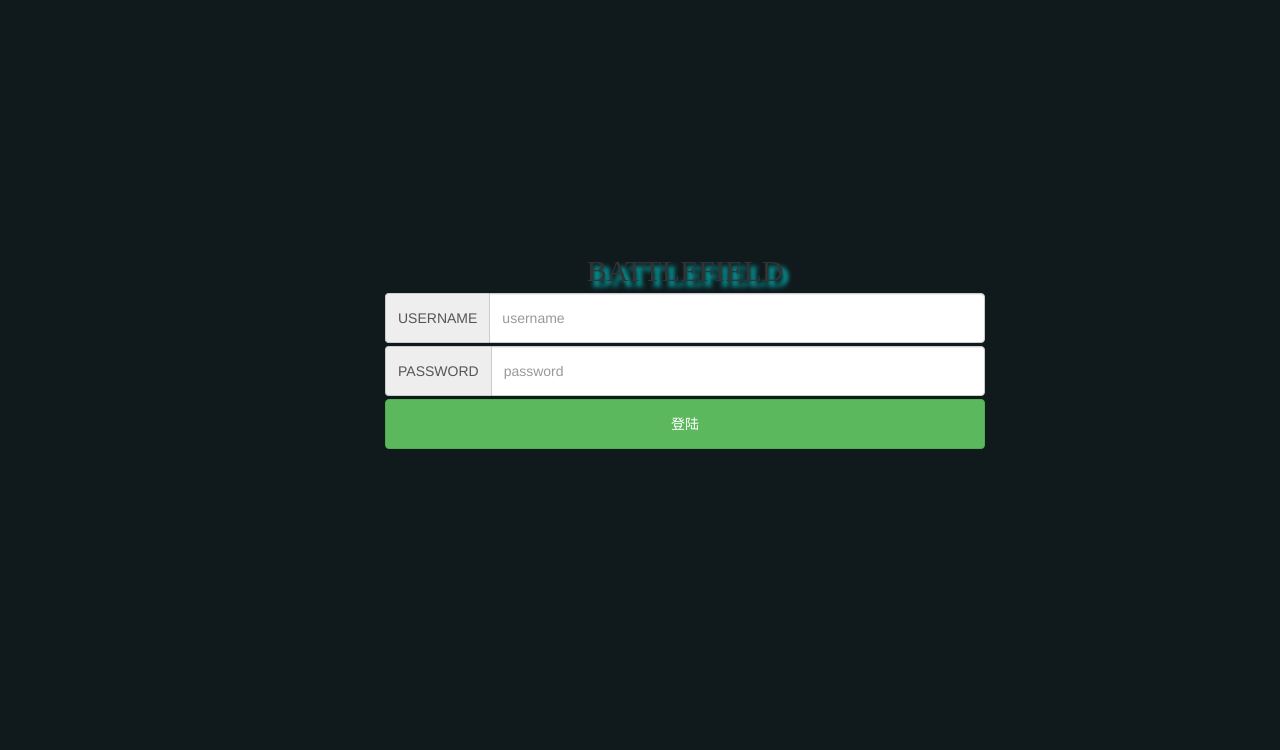
Repository: Tuzijing/Battlefield
Page: http://localhost/static/views/login/login.php
The author's editor kept a copy of each file at every save. The page is drawn from the files as they stood at one save, then again after the next save.
The browser window is 1280 px wide. The pictures show the whole page.
The page is run by PHP 8.4 with error messages shown; the project is at /var/www/html/.

Above is the page before, as saved 2018-07-12 09:39:37.

### BattlefieldWebP/static/views/login/login.php
<!DOCTYPE html>
<html>
	<head>
		<meta charset="UTF-8">
		<title>登陆</title>
		<!--
        	作者：offline
        	时间：2018-07-10
        	描述：引入公共前端配置文件
        -->
		<?php
			include "../common/encoding.php";
			include "../common/main_header.php";
		?>
		<!--
        	作者：offline
        	时间：2018-07-10
        	描述：引入login.js文件
        -->
		<script type="text/javascript" src="../../common/js/login/login.js" ></script>
		<!--
        	作者：offline
        	时间：2018-07-10
        	描述：引入login.css的布局文件
        -->
		<link rel="stylesheet" href="../../common/css/login/login.css" />
	</head>
	<body>
		<div id="login_container">
			<div id="login_title"><span>BATTLEFIELD</span></div>
			<div id="login_content">
				<form class="bs-example bs-example-form" role="form">
					<div id="login_user" class="input-group">
						<span  class="input-group-addon">USERNAME</span>
						<input type="text" class="form-control" placeholder="username"
						maxlength="10"/>
					</div>
					<div id="login_password" class="input-group">
						<span class="input-group-addon">PASSWORD</span>
						<input type="password" class="form-control" placeholder="password"
						maxlength="20"/>
					</div>
					<div id="login_btn_div">
						<button type="button" id="login_btn" class="btn btn-success">登陆</button>
					</div>
<!-- 					<div id="login_msg"> -->
<!-- 						<div id="myAlert" class="alert alert-success"> -->
<!-- 	<a href="#" class="close" data-dismiss="alert">&times;</a> -->
<!-- 	<strong>成功！</strong>结果是成功的。 -->
<!-- </div> -->
<!-- <div id="myAlert" class="alert alert-warning"> -->
<!-- 	<a href="#" class="close" data-dismiss="alert">&times;</a> -->
<!-- 	<strong>警告！</strong>您的网络连接有问题。 -->
<!-- </div> -->
					</div>
				</form>
			</div>
		</div>
	</body>



		<!--
        	作者：offline
        	时间：2018-07-10
        	描述：加载js的操作
        -->
		<script>
			window.onload = setLoginContainer("login_container");
			window.onresize = function(){
					setLoginContainer("login_container");
				}
		</script>
</html>

### BattlefieldWebP/static/views/common/encoding.php
<?php
	header("Content-type:text/html;charset=utf-8");
?>

### BattlefieldWebP/static/views/common/main_header.php
<html>
	<script type="text/javascript" src="../../common/js/jquery-3.1.1.min.js" ></script>
	<script type="text/javascript" src="../../common/js/bootstrap.js" ></script>
	<link rel="stylesheet" href="../../common/css/bootstrap.css"/>
	<script type="text/javascript" src="../../common/js/tools.js"></script>
	<?
		include "encoding.php";
	?>
</html>

### BattlefieldWebP/static/common/js/tools.js

/**
 * 获取浏览器的宽和高
 */
function getBrowserWidthAndHeight(){
	var arr = {width:0,height:0};
	try{
		var width = document.body.clientWidth || window.innerWidth;
		var height = document.body.clientHeight || window.innerHeight;
		arr["width"] = width;
		arr["height"] = height;
	}catch(err){
		console.log("get browser width and height err",err);
	}
	return arr;
}


/**
 * 根据id居中设置
 * lableById:需要居中的标签
 * width:宽度
 * height:高度
 * offsetWidth：宽度偏移量
 * offsetHeigt：高度偏移量
 */
function center(lableById,width,height,offsetWidth,offsetHeigt){
	try{
		var helf_width = width/2-offsetWidth; //总宽度除以2减上宽度偏移量
		var helf_height = height/2-offsetHeigt; //总高度除以2减上高度偏移量
		document.getElementById(lableById).style.marginLeft = helf_width+"px";
		document.getElementById(lableById).style.marginTop = +helf_height+"px";
	}catch(err){
		console.log("set lableNameById:"+(lableNameById === undefined?"undefined":lableNameById)+" centering failure ",err);
	}
}

### BattlefieldWebP/static/common/js/login/login.js
/*
 	存放登陆页面的一些布局
 * */


/**
 * 设置登陆容器居中显示
 */
function setLoginContainer(lableById){
	console.log("执行");
	var arr = getBrowserWidthAndHeight(); //获取浏览器的宽度与高度
	console.log(arr);
	center(lableById,arr["width"],arr["height"],255,30);
}

### BattlefieldWebP/static/common/css/login/login.css
/* div{
	border: 1px solid red;
}
 */
/**
 * 登陆格式容器
 */
#login_container{
	width: 600px;
	height: 500px;
}

/**
 * 登陆标题
 */
#login_title{
	text-align: center;
	font-size: 30px;
	font-family: "arial, helvetica, sans-serif";
	text-shadow: 5px 5px 5px #00f0f0;/*设置字体地阴影*/
}

/*登陆账号*/
#login_user{
	margin-bottom: 3px;
	height:50px;
}

#login_password{
	margin-bottom: 3px;
	height:50px;
}
#login_container .form-control{
	height:50px;
}
#login_btn{

	width: 600px;
	height:50px;
}
#login_msg{
	width: 600px;
}

body{
	background-color: #101a1d;
}

Loaded but not shown: BattlefieldWebP/static/common/js/jquery-3.1.1.min.js (library); BattlefieldWebP/static/common/js/bootstrap.js (library); BattlefieldWebP/static/common/css/bootstrap.css (library)

After the next save:
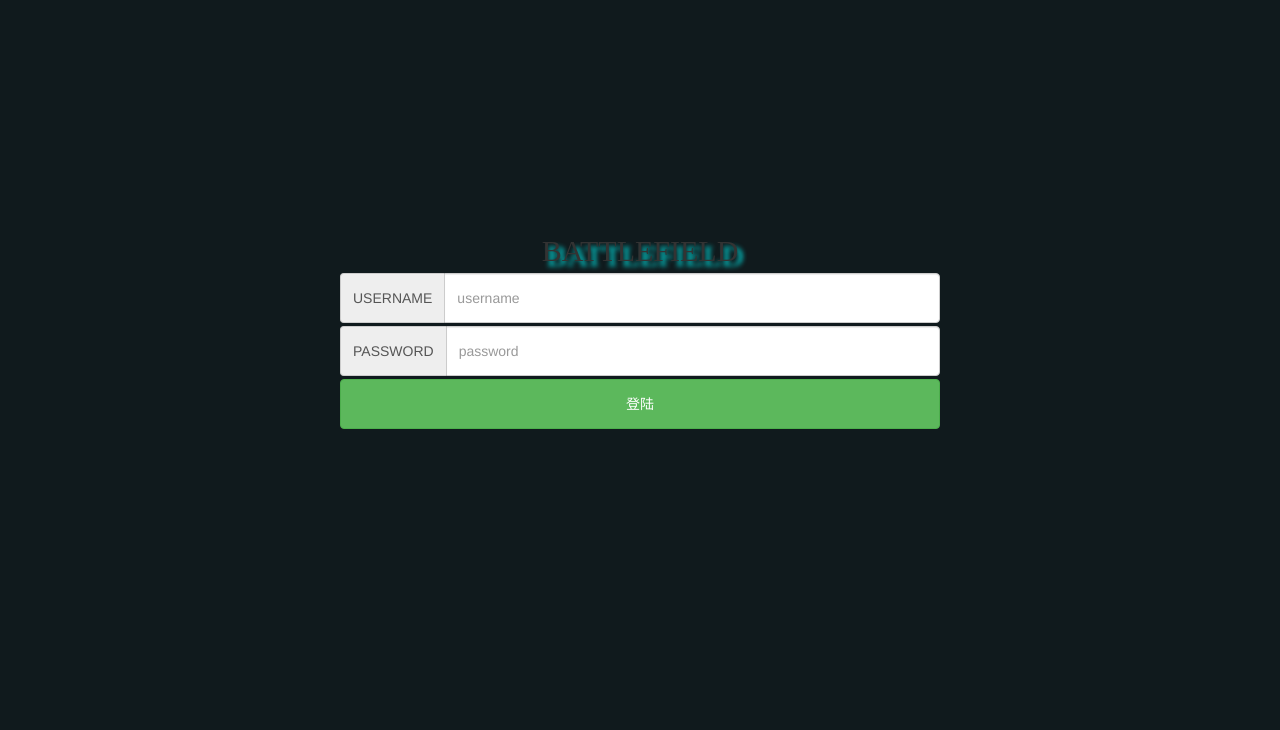
Saved 89 s later.
--- a/BattlefieldWebP/static/common/js/login/login.js
+++ b/BattlefieldWebP/static/common/js/login/login.js
@@ -10,5 +10,5 @@
 	console.log("执行");
 	var arr = getBrowserWidthAndHeight(); //获取浏览器的宽度与高度
 	console.log(arr);
-	center(lableById,arr["width"],arr["height"],255,30);
+	center(lableById,arr["width"],arr["height"],300,50);
 }
